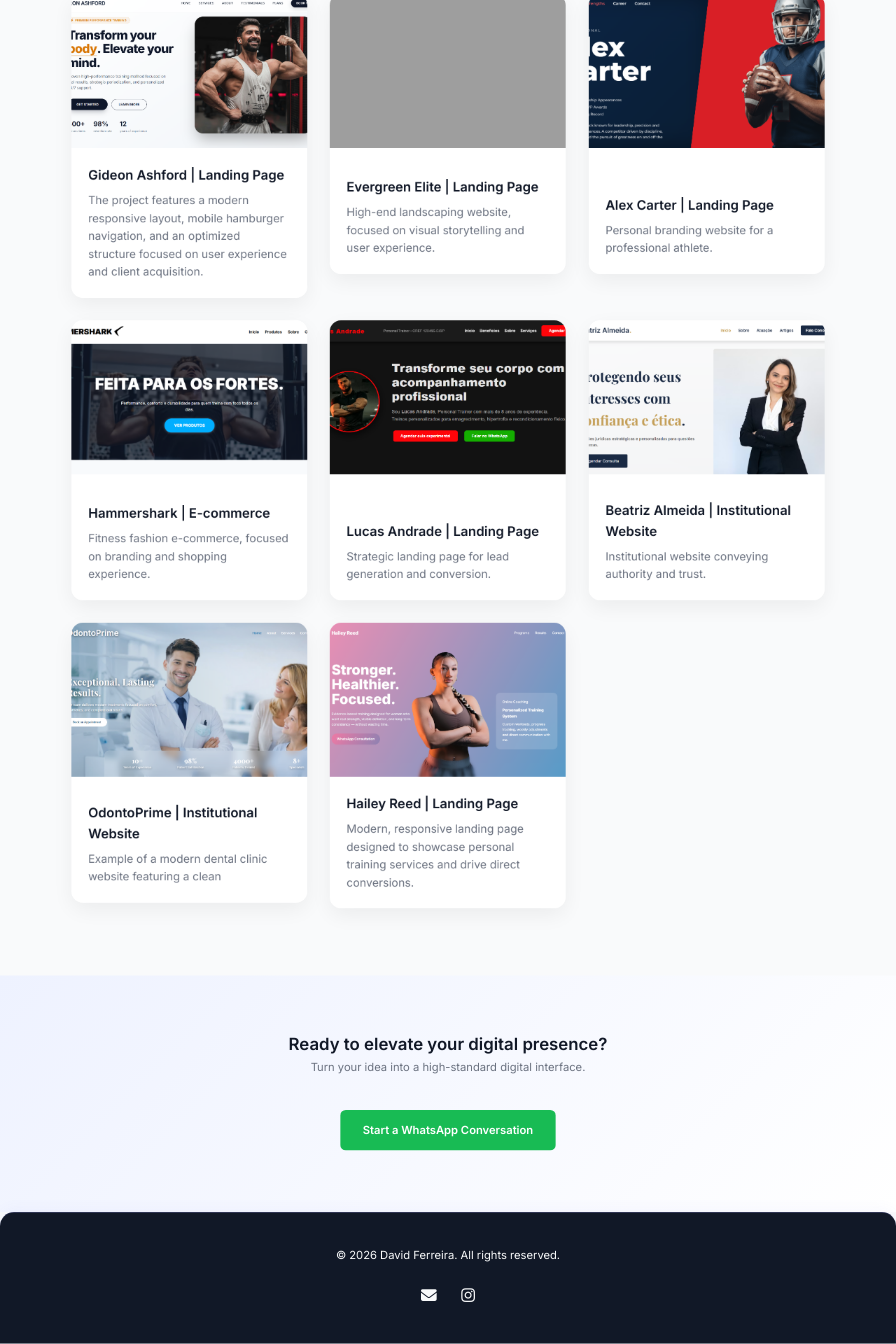
Repository: davidfsillva/portifolio
Page: index.html
These files come from the project's save history. The page is drawn as it stood at one moment and after the next save; the edit follows.
The browser window is 1280 px wide. The pictures show the part of the page from y = 1491 to 3411 px (the page is 3411 px tall before and 3385 px after), at 70% of full size.
Pictures or frames that could not be fetched are drawn as grey boxes.

Above is the page before, as saved 2026-02-18 21:23:59.
Console error: TypeError: Cannot read properties of null (reading 'addEventListener')

### index.html
<!DOCTYPE html>
<html lang="en">
<head>
    <meta charset="UTF-8">
    <meta name="viewport" content="width=device-width, initial-scale=1.0">

    <title>David Ferreira | Front-end Developer & Premium UI Designer</title>

    <!-- Primary SEO -->
    <meta name="description" content="David Ferreira is a front-end developer specialized in premium interfaces, high-conversion landing pages, and modern digital experiences.">
    <meta name="keywords" content="Front-end Developer, Web Designer, UI Designer, Landing Page, Web Development, Freelancer Brazil">
    <meta name="author" content="David Ferreira">
    <meta name="robots" content="index, follow">
    <link rel="canonical" href="https://davidfsillva.github.io/portifolio/">

    <!-- Open Graph (Facebook, LinkedIn) -->
    <meta property="og:title" content="David Ferreira | Premium Front-end Developer">
    <meta property="og:description" content="High-standard digital interfaces focused on performance and conversion.">
    <meta property="og:image" content="https://yourdomain.com/preview.jpg">
    <meta property="og:url" content="https://davidfsillva.github.io/portifolio/">
    <meta property="og:type" content="website">

    <!-- Twitter Card -->
    <meta name="twitter:card" content="summary_large_image">
    <meta name="twitter:title" content="David Ferreira | Web Developer">
    <meta name="twitter:description" content="Premium web development focused on performance and modern design.">
    <meta name="twitter:image" content="https://yourdomain.com/preview.jpg">

    <!-- Favicon -->
    <link rel="icon" href="img/icon.png" type="image/x-icon">

    <!-- Fonts -->
    <link href="https://fonts.googleapis.com/css2?family=Inter:wght@300;400;600&family=Plus+Jakarta+Sans:wght@700;800&display=swap" rel="stylesheet">

    <!-- Font Awesome -->
    <link rel="stylesheet" href="https://cdnjs.cloudflare.com/ajax/libs/font-awesome/6.5.0/css/all.min.css" integrity="sha512-..." crossorigin="anonymous" referrerpolicy="no-referrer" />

    <link rel="stylesheet" href="style.css">
</head>

<body>

    <!-- NAVBAR -->
    <nav class="navbar">
        <div class="logo"><a href="#">David | Web Developer<span>.</span></a></div>

        <ul class="nav-links">
            <li><a href="#about">About</a></li>
            <li><a href="#portfolio">Projects</a></li>
            <li><a href="#contact" class="btn-sm">Contact</a></li>
        </ul>
    </nav>

    <!-- HERO -->
    <section class="hero">
        <div class="hero-content">
            <h1>Creating high-level digital <span> with code experiences</span></h1>
            <p>Front-end developer specialized in high-standard interfaces and landing pages focused on results.</p>
            <div class="hero-btns">
                <a href="#portfolio" class="btn-primary">See Projects</a>
                <a href="#contact" class="btn-secondary">Let's Talk</a>
            </div>
        </div>
        <div class="hero-visual">
            <div class="hero-glow"></div>
        </div>
    </section>

    <!-- ABOUT -->
    <section id="about" class="section">
        <h2>About Me</h2>
        <p>I'm David Ferreira, a Front-end developer focused on creating modern, functional websites with premium interfaces. I work with HTML, CSS, JavaScript, and React, prioritizing performance, design, and user experience.</p>
        <p>My goal is to help businesses and professionals stand out digitally through websites that convey trust and deliver real results.</p>
    </section>

    <!-- PORTFOLIO -->
    <section id="portfolio" class="portfolio">
        <div class="section-header">
            <h2>Projects</h2>
            <p>A showcase of websites focused on performance and design.</p>
        </div>
        <div class="portfolio-grid">

                                    <!-- Project 8 -->
            <a href="https://davidfsillva.github.io/Gideon-Ashford/" target="_blank" class="project-link">
                <div class="project-card">
                    <div class="card-image">
                        <img src="img/gideon.png" alt="Gideon Ashford">
                        <div class="card-overlay"><span>View Details</span></div>
                    </div>
                    <div class="card-info">
                        <h3>Gideon Ashford | Landing Page</h3>
                        <p>The project features a modern responsive layout, mobile hamburger navigation, and an optimized structure focused on user experience and client acquisition.</p>
                    </div>
                </div>
            </a>

            <!-- Project 6 -->
            <a href="https://davidfsillva.github.io/Evergreen-Elite-Landscaping/" target="_blank" class="project-link">
                <div class="project-card">
                    <div class="card-image">
                        <img src="img/lndg.png" alt="Alex Carter Project">
                        <div class="card-overlay"><span>View Details</span></div>
                    </div>
                    <div class="card-info">
                        <h3>Evergreen Elite | Landing Page</h3>
                        <p>High-end landscaping website, focused on visual storytelling and user experience.</p>
                    </div>
                </div>
            </a>

            <!-- Project 1 -->
            <a href="https://davidfsillva.github.io/Alex-Carter/" target="_blank" class="project-link">
                <div class="project-card">
                    <div class="card-image">
                        <img src="img/alex.png" alt="Alex Carter Project">
                        <div class="card-overlay"><span>View Details</span></div>
                    </div>
                    <div class="card-info">
                        <h3>Alex Carter | Landing Page</h3>
                        <p>Personal branding website for a professional athlete.</p>
                    </div>
                </div>
            </a>

            <!-- Project 2 -->
            <a href="https://davidfsillva.github.io/e-hammershark/" target="_blank" class="project-link">
                <div class="project-card">
                    <div class="card-image">
                        <img src="img/ecomerce.png" alt="Hammershark Project">
                        <div class="card-overlay"><span>View Details</span></div>
                    </div>
                    <div class="card-info">
                        <h3>Hammershark | E-commerce</h3>
                        <p>Fitness fashion e-commerce, focused on branding and shopping experience.</p>
                    </div>
                </div>
            </a>

            <!-- Project 3 -->
            <a href="https://davidfsillva.github.io/landing-page/" target="_blank" class="project-link">
                <div class="project-card">
                    <div class="card-image">
                        <img src="img/landingpage.png" alt="Landing Page Project">
                        <div class="card-overlay"><span>View Details</span></div>
                    </div>
                    <div class="card-info">
                        <h3>Lucas Andrade | Landing Page</h3>
                        <p>Strategic landing page for lead generation and conversion.</p>
                    </div>
                </div>
            </a>

            <!-- Project 4 -->
            <a href="https://davidfsillva.github.io/beatriz-almeida-adv/" target="_blank" class="project-link">
                <div class="project-card">
                    <div class="card-image">
                        <img src="img/adv.png" alt="Beatriz Almeida Law Firm Project">
                        <div class="card-overlay"><span>View Details</span></div>
                    </div>
                    <div class="card-info">
                        <h3>Beatriz Almeida | Institutional Website</h3>
                        <p>Institutional website conveying authority and trust.</p>
                    </div>
                </div>
            </a>

                        <!-- Project 7 -->
            <a href="https://davidfsillva.github.io/OdontoPrime/" target="_blank" class="project-link">
                <div class="project-card">
                    <div class="card-image">
                        <img src="img/odonto.png" alt="Beatriz Almeida Law Firm Project">
                        <div class="card-overlay"><span>View Details</span></div>
                    </div>
                    <div class="card-info">
                        <h3>OdontoPrime | Institutional Website</h3>
                        <p>Example of a modern dental clinic website featuring a clean</p>
                    </div>
                </div>
            </a>

            <!-- Project 5 -->
            <a href="https://davidfsillva.github.io/Hailey-Reed-Coaching/" target="_blank" class="project-link">
                <div class="project-card">
                    <div class="card-image">
                        <img src="img/Hailey.png" alt="Beatriz Almeida Law Firm Project">
                        <div class="card-overlay"><span>View Details</span></div>
                    </div>
                    <div class="card-info">
                        <h3>Hailey Reed | Landing Page </h3>
                        <p>Modern, responsive landing page designed to showcase personal training services and drive direct conversions.</p>
                    </div>
                </div>
            </a>
        </div>
    </section>

    <!-- CTA / CONTACT -->
    <section id="contact" class="cta-section">
        <h2>Ready to elevate your digital presence?</h2>
        <p>Turn your idea into a high-standard digital interface.</p>
        <a href="https://wa.me/5511990242453" target="_blank" class="btn-whatsapp">Start a WhatsApp Conversation</a>
    </section>

    <!-- FOOTER -->
    <footer>
        <div class="footer-content">
            <p>&copy; 2026 David Ferreira. All rights reserved.</p>
            <div class="social-links">
                <a href="mailto:davidfsillva@icloud.com" target="_blank" rel="noopener noreferrer"><i class="fa-solid fa-envelope"></i></a>
                <a href="https://www.instagram.com/david_websites?igsh=MWdmZWJ3MW80N3JsNQ==" target="_blank" rel="noopener noreferrer"><i class="fa-brands fa-instagram"></i></a>
            </div>
        </div>
    </footer>

    <script src="scripts.js"></script>
</body>
</html>

### style.css
:root {
  --primary: #6366f1;
  --primary-light: #818cf8;
  --accent: #a855f7;
  --text-dark: #111827;
  --text-light: #6b7280;
  --bg-light: #f9fafb;
  --white: #ffffff;
  --transition: all 0.3s ease;
}

/* RESET */
* {
  margin: 0;
  padding: 0;
  box-sizing: border-box;
}

html {
  scroll-behavior: smooth;   /* já tinha */
  scroll-padding-top: 70px; /* ajuste esse valor para altura da navbar */
}


body {
  font-family: 'Inter', sans-serif;
  background: var(--bg-light);
  color: var(--text-dark);
  line-height: 1.6;
  animation: fadePage 0.8s ease-in-out;
}

@keyframes fadePage {
  from { opacity: 0; transform: translateY(10px); }
  to { opacity: 1; transform: translateY(0); }
}

/* NAVBAR */
.navbar {
  position: fixed;
  width: 100%;
  top: 0;
  padding: 1.5rem 8%;
  display: flex;
  justify-content: space-between;
  align-items: center;
  background: rgba(255,255,255,0.85);
  backdrop-filter: blur(12px);
  box-shadow: 0 4px 20px rgba(0,0,0,0.05);
  z-index: 1000;
  transition: var(--transition);
}

.logo {
  font-family: 'Plus Jakarta Sans', sans-serif;
  font-weight: 800;
  font-size: 1.4rem;
}

.logo a {
  text-decoration: none;   /* remove o sublinhado */
  color: var(--text-dark); /* cor principal da logo */
  font-weight: 800;
  font-size: 1.5rem;
}

.logo a span {
  color: var(--primary);   /* deixa apenas o ponto colorido */
}


.logo span {
  color: var(--primary);
}

.nav-links {
  display: flex;
  list-style: none;
  gap: 2rem;
}

.nav-links a {
  text-decoration: none;
  color: var(--text-light);
  font-weight: 500;
  transition: var(--transition);
}

.nav-links a:hover {
  color: var(--primary);
  transform: translateY(-2px);
}

/* HERO */
.hero {
  min-height: 100vh;
  padding: 120px 8% 80px; /* aumentei de 60px para 80px */
  display: flex;
  align-items: center;
  justify-content: space-between;
  background: linear-gradient(135deg, #eef2ff, #ffffff);
  flex-wrap: wrap;
}

.hero-content {
  max-width: 600px;
  animation: heroFade 1s ease 0.2s both;
}

@keyframes heroFade {
  from { opacity: 0; transform: translateY(40px); }
  to { opacity: 1; transform: translateY(0); }
}

.badge {
  display: inline-block;
  padding: 0.5rem 1rem;
  background: rgba(99,102,241,0.1);
  color: var(--primary);
  border-radius: 20px;
  font-size: 0.8rem;
  font-weight: 600;
  margin-bottom: 1.5rem;
}

.hero h1 {
  font-family: 'Plus Jakarta Sans', sans-serif;
  font-size: clamp(2rem, 5vw, 3.5rem);
  line-height: 1.2;
  margin-bottom: 1.5rem;
}

.hero h1 span {
  background: linear-gradient(90deg, var(--primary), var(--accent));
  -webkit-background-clip: text;
  -webkit-text-fill-color: transparent;
}

.hero p {
  font-size: 1.1rem;
  color: var(--text-light);
  margin-bottom: 2rem;
}

/* BUTTONS */
.btn-primary,
.btn-secondary,
.btn-whatsapp {
  display: inline-block;
  padding: 0.9rem 2rem;
  border-radius: 8px;
  text-decoration: none;
  font-weight: 600;
  transition: all 0.3s ease;
  position: relative;
  overflow: hidden;
}

.btn-primary {
  background: linear-gradient(90deg, var(--primary), var(--accent));
  color: white;
  box-shadow: 0 10px 25px rgba(99,102,241,0.3);
}

.btn-primary:hover {
  transform: translateY(-4px) scale(1.03);
}

.btn-primary:active {
  transform: scale(0.96);
}

.btn-primary::after {
  content: "";
  position: absolute;
  width: 200%;
  height: 200%;
  background: radial-gradient(circle, rgba(255,255,255,0.4), transparent 60%);
  top: -50%;
  left: -50%;
  opacity: 0;
  transition: opacity 0.4s ease;
}

.btn-primary:hover::after {
  opacity: 1;
}

.btn-secondary {
  border: 1px solid #e5e7eb;
  color: var(--text-dark);
  margin-left: 1rem;
  box-shadow: 0 5px 25px rgba(99,102,241,0.3);

}

.btn-secondary:hover {
  background: #f3f4f6;
  transform: translateY(-4px);
}

.btn-secondary:active {
  transform: scale(0.96);
}

.btn-whatsapp {
  background: linear-gradient(90deg, #25d366, #1ebe57);
  color: white;
  padding: 1rem 2rem;
  border-radius: 8px;
  font-weight: 600;
  transition: var(--transition);
}

.btn-whatsapp:hover {
  transform: translateY(-3px) scale(1.03);
  box-shadow: 0 8px 20px rgba(37,211,102,0.4);
}

.btn-whatsapp:active {
  transform: scale(0.96);
}

.hero-btns {
  display: flex;
  flex-wrap: wrap;
}

#about {
  text-align: center;
  max-width: 1200px;
  margin: 4rem auto 0; /* adiciona mais distância do Hero */
  padding: 6rem 8%;
  background: linear-gradient(135deg, #eef2ff 0%, #ffffff 100%);
  border-radius: 20px;
  box-shadow: 0 15px 40px rgba(99,102,241,0.15);
  position: relative;
  overflow: hidden;
}

#about::before {
  content: "";
  position: absolute;
  width: 200px;
  height: 200px;
  background: radial-gradient(circle, rgba(163,155,253,0.2), transparent 70%);
  top: -50px;
  right: -50px;
  border-radius: 50%;
  z-index: 0;
  animation: pulseGlow 6s infinite ease-in-out;
}

#about h2 {
  font-family: 'Plus Jakarta Sans', sans-serif;
  font-size: clamp(2rem, 4vw, 2.5rem);
  margin-bottom: 2rem;
  position: relative;
  z-index: 1;
  background: linear-gradient(90deg, var(--primary), var(--accent));
  -webkit-background-clip: text;
  -webkit-text-fill-color: transparent;
}

#about p {
  font-size: 1.05rem;
  line-height: 1.9;
  color: var(--text-dark);
  margin-bottom: 1.8rem;
  position: relative;
  z-index: 1;
  opacity: 0;
  transform: translateY(20px);
  animation: fadeUp 1s forwards;
  animation-delay: 0.3s;
}

/* Animação suave */
@keyframes fadeUp {
  to {
    opacity: 1;
    transform: translateY(0);
  }
}



/* HERO VISUAL */
.hero-visual {
  flex: 1;
  min-height: 400px;
  display: flex;
  justify-content: center;
  align-items: center;
}

.hero-glow {
  width: 380px;
  height: 380px;
  background: url('img/dashboard.png') no-repeat center center;
  background-size: contain;
  animation: float-rotate 8s ease-in-out infinite;
}

@keyframes float-rotate {
  0%   { transform: translateY(0px) rotate(0deg); }
  50%  { transform: translateY(-10px) rotate(3deg); }
  100% { transform: translateY(0px) rotate(0deg); }
}

/* PORTFOLIO */
.portfolio {
  padding: 6rem 8%;
}

.section-header {
  text-align: center;
  margin-bottom: 4rem;
}

.section-header h2 {
  font-family: 'Plus Jakarta Sans', sans-serif;
  font-size: 2.2rem;
  margin-bottom: 1rem;
  color: var(--primary)
}

.section-header p {
  color: var(--text-light);
}

.portfolio-grid {
  display: grid;
  grid-template-columns: repeat(auto-fit, minmax(280px, 1fr));
  gap: 2rem;
}

.project-card {
  display: flex;
  flex-direction: column;
  justify-content: space-between; /* força a separação entre imagem e texto */
  background: var(--white);
  border-radius: 16px;
  overflow: hidden;
  box-shadow: 0 10px 30px rgba(0,0,0,0.06);
  cursor: pointer;
  transition: transform 0.4s ease, box-shadow 0.4s ease;
  will-change: transform;

  min-height: 400px; /* define altura mínima igual para todos */
}


.project-card:hover {
  transform: translateY(-12px) scale(1.03);
  box-shadow: 0 25px 50px rgba(99,102,241,0.2);
}

.card-image {
  position: relative;
  overflow: hidden;
}

.card-image img {
  width: 100%;
  height: 220px;
  object-fit: cover;
  display: block;
  transition: transform 0.6s ease;
}

.project-card:hover .card-image img {
  transform: scale(1.08);
}

.card-overlay {
  position: absolute;
  inset: 0;
  background: rgba(99, 101, 241, 0.288);
  display: flex;
  justify-content: center;
  align-items: center;
  color: white;
  font-weight: 600;
  opacity: 0;
  transition: opacity 0.4s ease;
}

.project-card:hover .card-overlay {
  opacity: 1;
}

.card-info {
  padding: 1.5rem;
}

.card-info h3 {
  margin-bottom: 0.5rem;
}

.card-info p {
  color: var(--text-light);
}

.project-link {
  text-decoration: none;
  color: inherit;
  display: block;
}


/* CTA */
.cta-section {
  padding: 5rem 8%;
  text-align: center;
  background: linear-gradient(135deg, #eef2ff, #ffffff);
}

/* FOOTER */
footer {
  padding: 3rem 5%;
  background: #111827; /* leve gradiente */
  border-top: 1px solid rgba(99,102,241,0.2); /* linha discreta */
  text-align: center;
  border-radius: 20px 20px 0 0;
  box-shadow: 0 -4px 20px rgba(99,102,241,0.05);
}

.footer-content {
  display: flex;
  flex-direction: column;
  align-items: center;
  gap: 1.5rem; /* aumenta espaço entre elementos */
}

.footer-content p {
  color: var(--bg-light);
  font-weight: 450;
  font-size: 1rem;
}

.social-links {
  display: flex;
  gap: 1rem; /* distância entre ícones */
}

.social-links a {
  color: var(--bg-light);
  padding: 0.6rem;
  border-radius: 30%; /* círculo perfeito */
  font-size: 1.4rem;
  display: flex;
  justify-content: center;
  align-items: center;
  transition: all 0.3s ease;
  text-decoration: none;
}

.social-links a:hover {
  transform: translateY(-3px) scale(1.1);
  color: var(--bg-light);
}


.cta-section p {
  color: var(--text-light);
  margin-bottom: 2.5rem; /* aumenta espaço abaixo do texto */
}

.btn-whatsapp {
  display: inline-block;
  background: #18bb54;
  color: white;
  padding: 1rem 2rem;
  border-radius: 8px;
  text-decoration: none;
  font-weight: 600;
  transition: var(--transition);
  margin-top: 0.5rem; /* pequeno respiro extra */
}


/* MODAL */
.modal-overlay {
  position: fixed;
  inset: 0;
  background: rgba(0,0,0,0.6);
  display: none;
  justify-content: center;
  align-items: center;
  padding: 2rem;
  z-index: 2000;
}

.modal-content {
  background: white;
  width: 100%;
  max-width: 900px;
  border-radius: 20px;
  overflow: hidden;
  animation: modalZoom 0.4s cubic-bezier(.23,1,.32,1);
  position: relative;
}

@keyframes modalZoom {
  from { opacity: 0; transform: scale(0.85) translateY(20px); }
  to { opacity: 1; transform: scale(1) translateY(0); }
}

.modal-body {
  display: grid;
  grid-template-columns: 1fr 1fr;
}

.modal-img {
  min-height: 300px;
  background-size: cover !important;
}

.modal-text {
  padding: 2rem;
}

.close-modal {
  position: absolute;
  top: 20px;
  right: 25px;
  background: none;
  border: none;
  font-size: 2rem;
  cursor: pointer;
  transition: transform 0.3s ease;
}

.close-modal:hover {
  transform: rotate(90deg);
}

/* RESPONSIVO */
/* =====================
   RESPONSIVIDADE
===================== */

/* Para telas até 900px */
@media (max-width: 900px) {
  html, body {
    overflow-x: hidden; /* remove rolagem lateral */
  }

  .hero {
    flex-direction: column;
    text-align: center;
    padding: 100px 5% 60px; /* garante espaçamento interno */
    width: 100%; /* força largura total */
  }

  .hero-left,
  .hero-right,
  .hero-visual {
    width: 100%;
    max-width: 100%;
    margin: 0 auto; /* centraliza horizontalmente */
  }

  .hero-btns {
    display: flex;
    justify-content: center;
    align-items: center;
    gap: 1rem;
    flex-wrap: wrap;
    margin: 0 auto;
  }

  .hero-btns a {
    margin: 0; /* remove margens extras que possam deslocar os botões */
  }

  .portfolio,
  .cta-section {
    padding: 4rem 5%;
    width: 100%;
    max-width: 100%;
    margin: 0 auto;
  }
}

/* Para telas até 600px */
@media (max-width: 600px) {
  html, body {
    overflow-x: hidden; /* garante sem scroll lateral */
  }

  .navbar {
    padding: 1rem 5%;
    width: 100%;
    max-width: 100%;
    margin: 0 auto;
  }

  .nav-links {
    display: none;
  }

  .hero {
    padding: 80px 5% 40px;
    width: 100%;
  }

  .hero-btns {
    justify-content: center;
    gap: 1rem;
    flex-wrap: wrap;
  }

  .portfolio,
  .cta-section {
    padding: 3rem 5%;
  }

  footer {
    padding: 2rem 5%;
    width: 100%;
  }

  .footer-content {
    flex-direction: column;
    text-align: center;
    width: 100%;
  }

  .social-links a {
    margin: 0 0.5rem;
  }

  /* imagens e vídeos dentro do hero */
  .hero img,
  .hero video {
    max-width: 100%;
    height: auto;
    display: block;
    margin: 0 auto;
  }
}

Loaded but not shown: scripts.js (103 lines, source omitted)

After the next save:
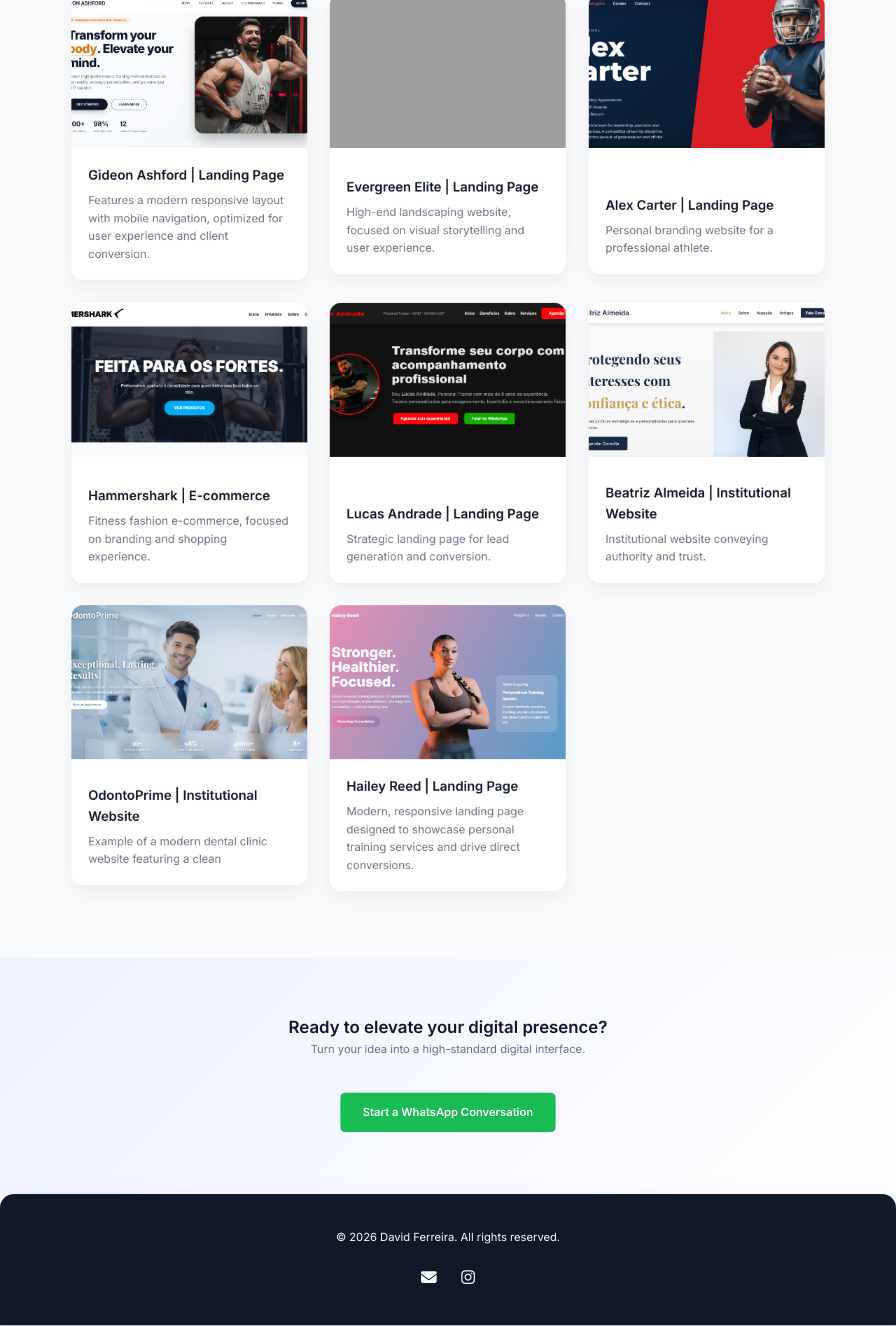
Saved 15 s later.
--- a/index.html
+++ b/index.html
@@ -90,7 +90,7 @@
                     </div>
                     <div class="card-info">
                         <h3>Gideon Ashford | Landing Page</h3>
-                        <p>The project features a modern responsive layout, mobile hamburger navigation, and an optimized structure focused on user experience and client acquisition.</p>
+                        <p>Features a modern responsive layout with mobile navigation, optimized for user experience and client conversion.</p>
                     </div>
                 </div>
             </a>
